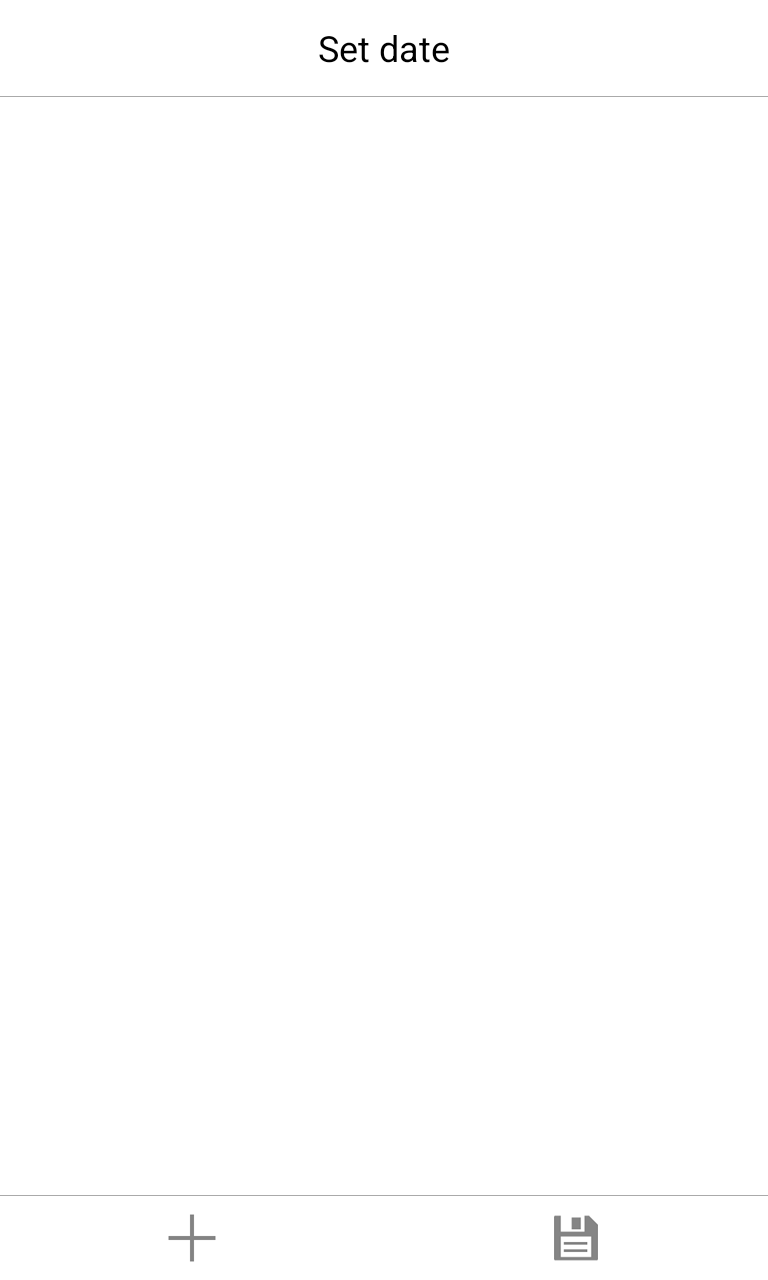
Repository: larserikstrand/IMT4904-Master
Layout: MTP/res/layout/activity_list.xml
The author's editor kept a copy of each file at every save. The layout is drawn from the files as they stood at one save, then again after the next save.
It is drawn on a 768 x 1280 px phone screen (xhdpi) without system bars, with theme android:Theme.Holo.Light; the app's code is not run. Lists and similar views that code fills are empty.

Above is the layout before, as saved 2014-02-13 20:47:33.

After the next save:
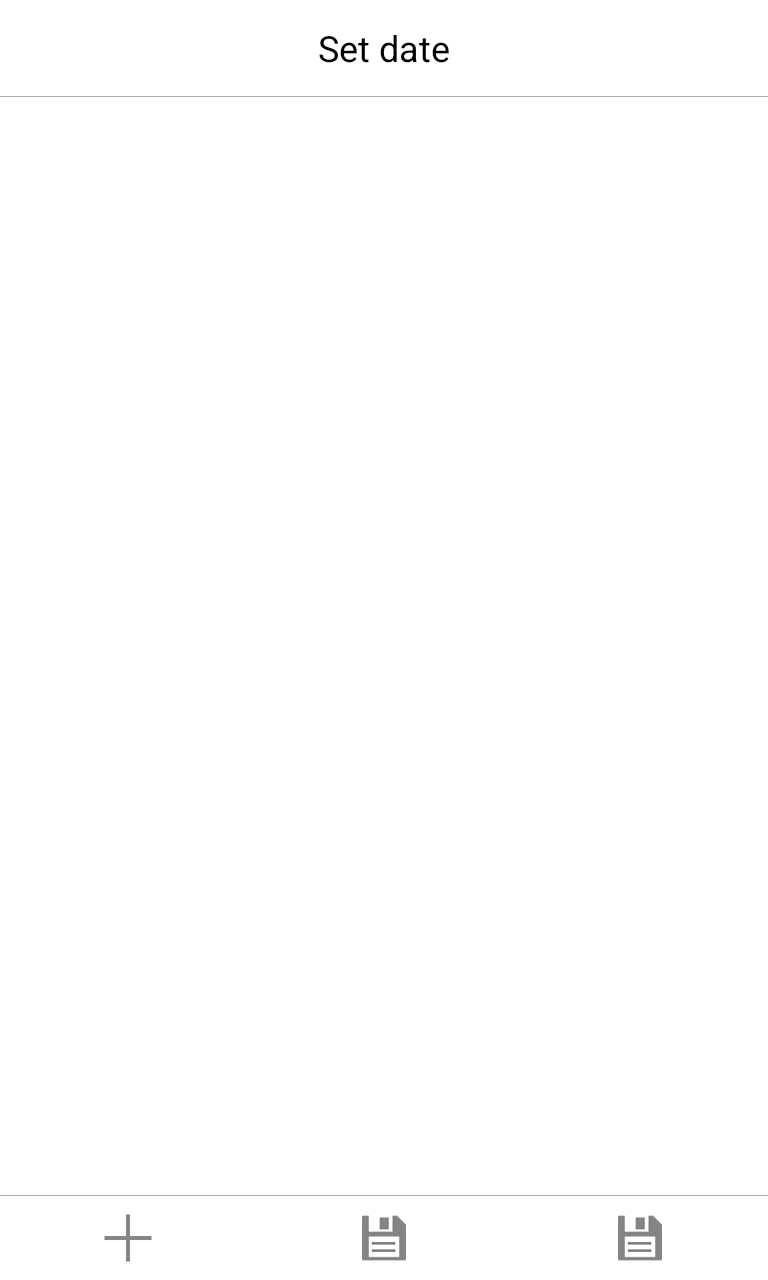
Saved 44 s later.
--- a/MTP/res/layout/activity_list.xml
+++ b/MTP/res/layout/activity_list.xml
@@ -50,6 +50,16 @@
         	android:src="@drawable/ic_content_save"
         	android:contentDescription="@string/save" />
 
+        <ImageButton android:id="@+id/discard_button"
+            android:layout_width="0dp"
+        	android:layout_height="wrap_content"
+        	android:layout_weight="1"
+        	android:paddingTop="5dp"
+        	android:paddingBottom="5dp"
+        	android:background="?android:attr/selectableItemBackground"
+        	android:src="@drawable/ic_content_save"
+        	android:contentDescription="@string/save" />
+
     </LinearLayout>
 
 </LinearLayout>
